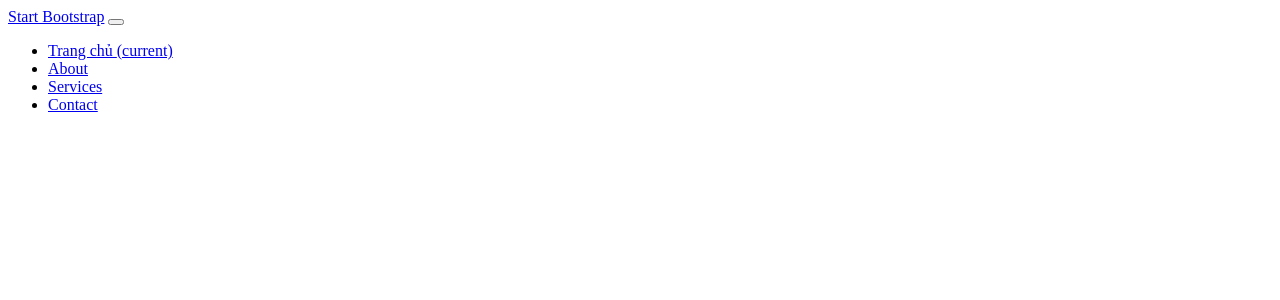
Repository: NguyenCongBK62/project-JF
Page: http://localhost/spring-mvc/common/web/header.jsp
The author's editor kept a copy of each file at every save. The page is drawn from the files as they stood at one save, then again after the next save.
The browser window is 1280 px wide. The pictures show the whole page.
The page is served by Tomcat 9. Nobody is signed in. The application's start-up code is not run.

Above is the page before, as saved 2020-04-21 02:25:54.

After the next save:
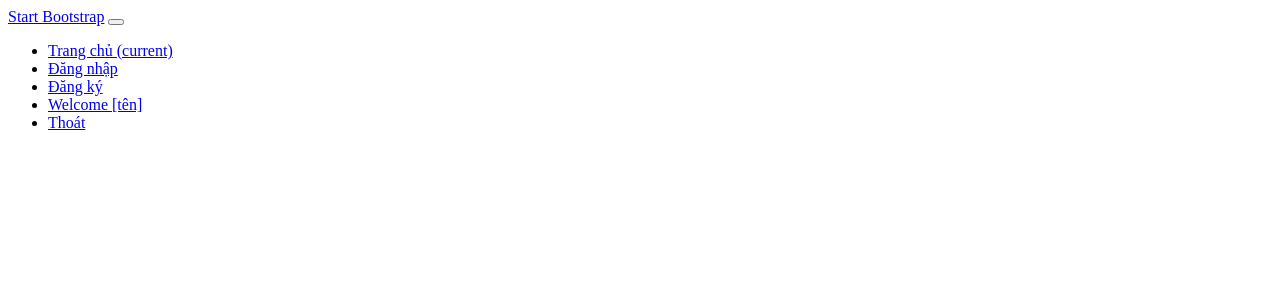
Saved 42 min 51 s later.
--- a/spring-mvc/src/main/webapp/common/web/header.jsp
+++ b/spring-mvc/src/main/webapp/common/web/header.jsp
@@ -10,13 +10,19 @@
 		</button>
 		<div class="collapse navbar-collapse" id="navbarResponsive">
 			<ul class="navbar-nav ml-auto">
-				<li class="nav-item active"><a class="nav-link" href="<c:url value='/trang-chu'/>">Trang chủ
-						<span class="sr-only">(current)</span></a>
-				</li>
-				<li class="nav-item"><a class="nav-link" href="#">About</a></li>
-				<li class="nav-item"><a class="nav-link" href="#">Services</a>
-				</li>
-				<li class="nav-item"><a class="nav-link" href="#">Contact</a></li>
+				<li class="nav-item active"><a class="nav-link"
+					href="<c:url value='/trang-chu'/>">Trang chủ <span
+						class="sr-only">(current)</span></a></li>
+				<security:authorize access="isAnonymous()">
+					<li class="nav-item"><a class="nav-link" href="#">Đăng nhập</a></li>
+					<li class="nav-item"><a class="nav-link" href="#">Đăng ký</a></li>
+				</security:authorize>
+				<security:authorize access="isAnonymous()">
+					<li class="nav-item"><a class="nav-link" href="#">Welcome [tên]</a></li>
+					<li class="nav-item"><a class="nav-link" href="#">Thoát</a></li>
+				</security:authorize>
+
+
 			</ul>
 		</div>
 	</div>
